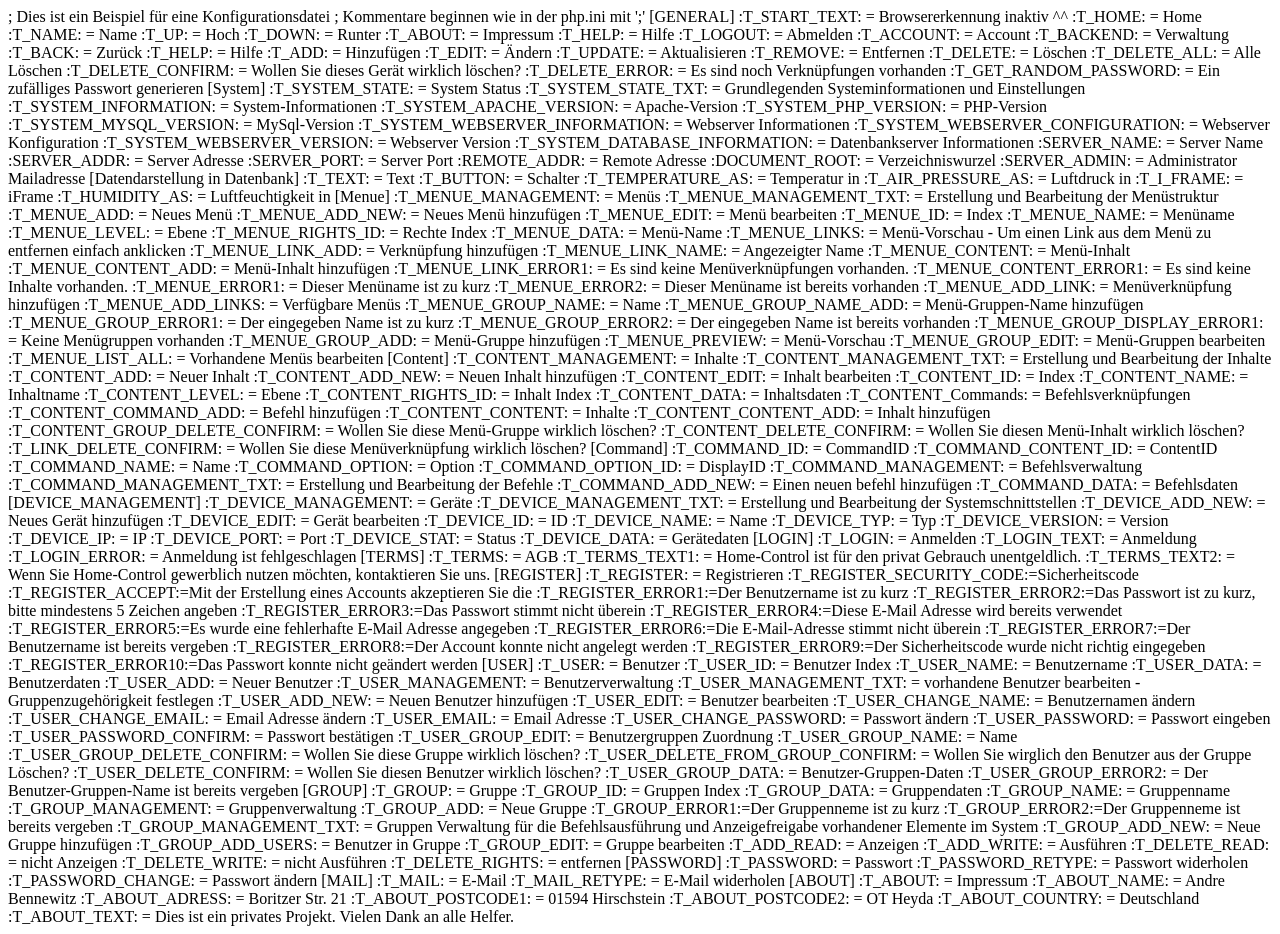
Repository: 0xF3ERROR/Home-Control
Page: http://localhost/language/lang_Ger.php
These files come from the project's save history. The page is drawn as it stood at one moment and after the next save; the edit follows.
The browser window is 1280 px wide. The pictures show the whole page.
The page is run by PHP 8.4 with error messages shown; the project is at /var/www/html/.

Above is the page before, as saved 2012-09-16 16:39:37.

After the next save:
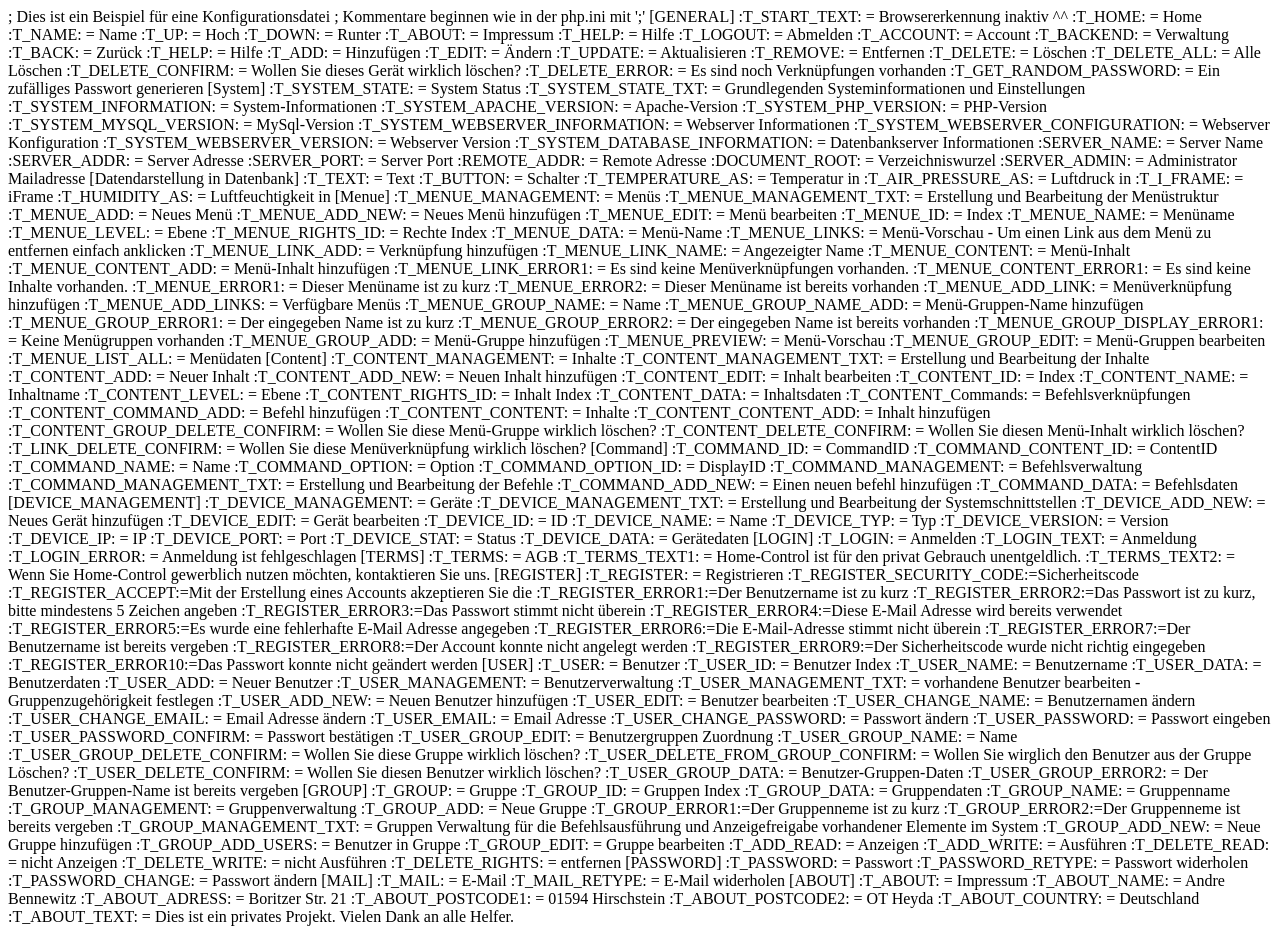
Saved 75 s later.
--- a/Source/language/lang_Ger.php
+++ b/Source/language/lang_Ger.php
@@ -88,7 +88,7 @@
 :T_MENUE_GROUP_ADD: = Menü-Gruppe hinzufügen
 :T_MENUE_PREVIEW: = Menü-Vorschau
 :T_MENUE_GROUP_EDIT: = Menü-Gruppen bearbeiten
-:T_MENUE_LIST_ALL: = Vorhandene Menüs bearbeiten
+:T_MENUE_LIST_ALL: = Menüdaten
 
 [Content]
 :T_CONTENT_MANAGEMENT: = Inhalte
